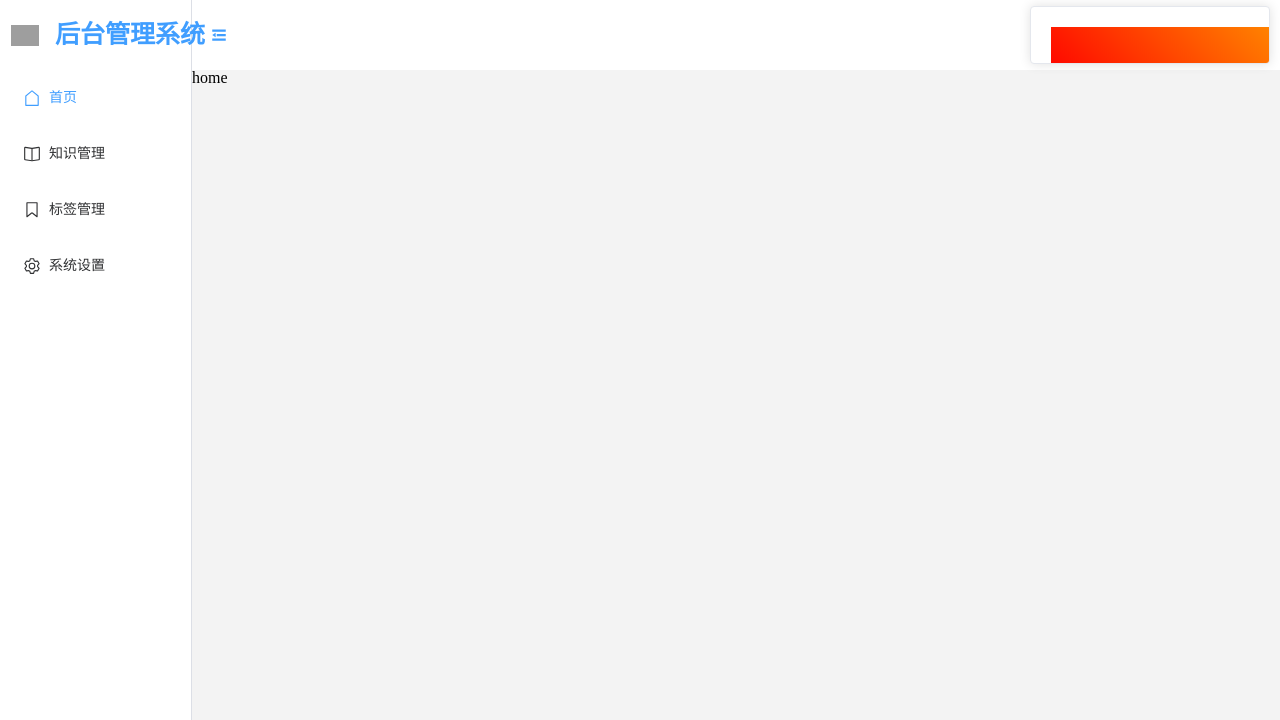
Repository: serrrN/admin
Page: /
These files come from the project's save history. The page is drawn as it stood at one moment and after the next save; the edit follows.
The browser window is 1280 px wide. The pictures show the whole page.
Pictures or frames that could not be fetched are drawn as grey boxes. The project was rebuilt for these pictures with package versions that can differ from the ones it lists, and the page was loaded fresh each time. Also part of the build but not shown: vite.config.ts, src/styles/index.scss.

Above is the page before, as saved 2024-06-05 16:16:51.

### src/main.ts
import { createApp } from 'vue'
import App from './App.vue'
import ElementPlus from 'element-plus'
import zhCn from 'element-plus/es/locale/lang/zh-cn'
import * as ElementPlusIconsVue from '@element-plus/icons-vue'
import router from './router'
import 'reset-css'
import './styles/index.scss'
import pinia from '@/store/index'
const app = createApp(App)
for (const [key, component] of Object.entries(ElementPlusIconsVue)) {
  app.component(key, component)
}
app.use(pinia)
app.use(ElementPlus, { locale: zhCn })
app.use(router)
app.mount('#app')

### src/App.vue
<script setup lang="ts"></script>

<template>
  <router-view></router-view>
</template>

<style>
* {
  box-sizing: border-box;
}
#app,
html,
body {
  width: 100%;
  height: 100%;
}
</style>

### src/router/index.ts
import { createRouter, createWebHistory } from 'vue-router'
import routes from './routes'
const router = createRouter({
  history: createWebHistory(),
  routes,
})
export default router

### src/router/routes.ts
const routes = [
  {
    path: '/',
    name: 'home',
    redirect: '/home',
    component: () => import('@/layout/index.vue'),
    children: [
      {
        path: '/home',
        component: () => import('@/views/home/index.vue'),
      },
      {
        path: '/knowledgeManage',
        component: () => import('@/views/knowledgeManage/index.vue'),
      },
      {
        path: '/tagManage',
        component: () => import('@/views/tagManage/index.vue'),
      },
      {
        path: "/systemSetting",
        component:()=>import("@/views/systemSetting/index.vue")
      }
    ],
  },
]

export default routes

### src/styles/variable.scss
//主题色
$theme-color:rgb(64, 158, 255);

// 布局容器左边宽度
$layout-container-left-max-width:15%;

// 布局容器左边塌陷后宽度
$layout-container-left-min-width:3.79%;

// 布局容器头部高度
$layout-container-header-height:70px;

### src/layout/index.vue
<template>
  <div class="layout-container">
    <div :class="systemStore.isCollapse?'left left-collapse':'left'" >
      <Menu />
    </div>
    <div :class="systemStore.isCollapse?'right right-collapse':'right'">
      <div class="header"><Header /></div>
      <div class="main"><Main/></div>
    </div>
  </div>
</template>

<script lang="ts" setup>
import Menu from './menu/index.vue'
import Header from './header/index.vue'
import Main from './main/index.vue'

import {useSystemStore} from "@/store/modules/system"
const systemStore = useSystemStore()
</script>

<style scoped lang="scss">
.layout-container {
  width: 100%;
  height: 100%;
  display: flex;
  background-color: #f3f3f3;
  .left {
    height: 100%;
    width: $layout-container-left-max-width;
    transition: all linear 0.5s;
  }
  .left-collapse{
    width:$layout-container-left-min-width;
  }
  .right {
    width: calc(100% - $layout-container-left-max-width);
    transition: all linear 0.5s;
    .header {
      width: 100%;
      height: $layout-container-header-height;
      display: flex;
      justify-content:flex-end;
      background-color: white;
    }
    .main {
      height: calc(100% - $layout-container-header-height);
      width: calc(100%);
    }
  }
  .right-collapse{
    width:calc(100% - $layout-container-left-min-width);
  }

}
</style>

### src/views/home/index.vue
<template>
home
</template>
<script setup lang="ts">

</script>
<style lang="scss" scoped>

</style>

### src/layout/menu/index.vue
<template>
  <el-menu
    default-active="home"
    :class="systemStore.isCollapse?'el-menu-vertical-collapse':'el-menu-vertical'"
    :collapse="systemStore.isCollapse"
    :router="true"
    collapse-transition
    @open="handleOpen"
    @close="handleClose"
  >
    <div class="header">
      <div class="manage-msg" v-show="!systemStore.isCollapse">
        <div class="logo-wrapped">
          <img src="/vite.svg" class="logo" alt="Vite logo" />
        </div>
        <div class="name">后台管理系统</div>
      </div>
      <div class="fold-icon-wrapped" @click="handleCollapse">
        <el-icon size="18" color="rgb(64, 158, 255)">
          <component :is="systemStore.isCollapse?'Expand':'Fold'"></component>
        </el-icon>
      </div>
    </div>

    <el-menu-item index="home">
      <el-icon><House /></el-icon>
      <template #title>首页</template>
    </el-menu-item>
    <el-menu-item index="knowledgeManage">
      <el-icon><reading /></el-icon>
      <template #title>知识管理</template>
    </el-menu-item>
    <el-menu-item index="tagManage">
      <el-icon><CollectionTag /></el-icon>
      <template #title>标签管理</template>
    </el-menu-item>
    <el-menu-item index="systemSetting">
      <el-icon><setting /></el-icon>
      <template #title>系统设置</template>
    </el-menu-item>
  </el-menu>
</template>

<script lang="ts" setup>
import {useSystemStore} from "@/store/modules/system"
const systemStore = useSystemStore()

const handleOpen = (key: string, keyPath: string[]) => {
  console.log(key, keyPath)
}
const handleClose = (key: string, keyPath: string[]) => {
  console.log(key, keyPath)
}
const handleCollapse = () => {
  systemStore.isCollapse = !systemStore.isCollapse

}
</script>

<style lang="scss" scoped>
.el-menu {
  height: 100%;
  // 管理系统菜单头部(展示名字和logo)
  .header {
    display: flex;
    height: 70px;
    line-height: 70px;
    justify-content: space-between;
    transition: all 1s;
    //管理系统信息
    .manage-msg {
      display: flex;
      // logo容器
      .logo-wrapped {
        line-height: 50px;
        height: 100%;
        display: flex;
        align-items: center;
        justify-content: center;
        width: 50px;
        .logo {
          width: 28px;
        }
      }
      // 管理系统名称
      .name {
        text-align: center;
        font-size: 25px;
        width: 160px;
        color: $theme-color;
        font-weight: 600;
      }
    }

    // 折叠图标容器
    .fold-icon-wrapped {
      width: 100%;
      display: flex;
      align-items: center;
      justify-content: center;
    }
  }

  //菜单名称
  .el-menu-item span {
    color: rgb(48, 49, 51);
    font-weight: 400;
    font-size: 17px;
    line-height: 56px;
    font-family: 'Helvetica Neue', Helvetica, 'PingFang SC', 'Hiragino';
  }
}
// 菜单不处于塌陷状态
.el-menu-vertical:not(.el-menu--collapse) {
  width: 100%;
  min-height: 100%;
  min-width: 20%;
}


</style>

### src/layout/header/index.vue
<template>
  <Menu/>
</template>
<script setup lang="ts">
// import Tabs from './tabs/index.vue'
import Menu from './menu/index.vue'
</script>
<style lang="scss" scoped></style>

### src/layout/main/index.vue
<template>
  <router-view></router-view>
</template>
<script setup lang="ts"></script>
<style lang="scss" scoped></style>

### src/store/modules/system.ts
import { defineStore } from 'pinia'
import { ref } from 'vue'
export const useSystemStore = defineStore('system', () => {
  const isCollapse = ref(false)

  return { isCollapse }
})

### src/layout/header/menu/index.vue
<template>
  <div class="header-menu">
    <el-card style="width: 240px">hover</el-card>
  </div>
</template>
<script setup lang="ts"></script>
<style lang="scss" scoped>
.header-menu {
  display: flex;
  justify-content: center;
  align-items: center;
  margin-right: 10px;
  cursor: pointer;
  .el-card{
    position: relative;
    ::before{
      content: "";
      background: linear-gradient(45deg, red, orange, yellow, green, blue, indigo, violet, red);
      width: 1001%;
      height: 100%;
      display: block;
      position: absolute;
    }
  }
}
</style>

Loaded but not shown: index.html (common file); src/store/index.ts (common file)

After the next save:
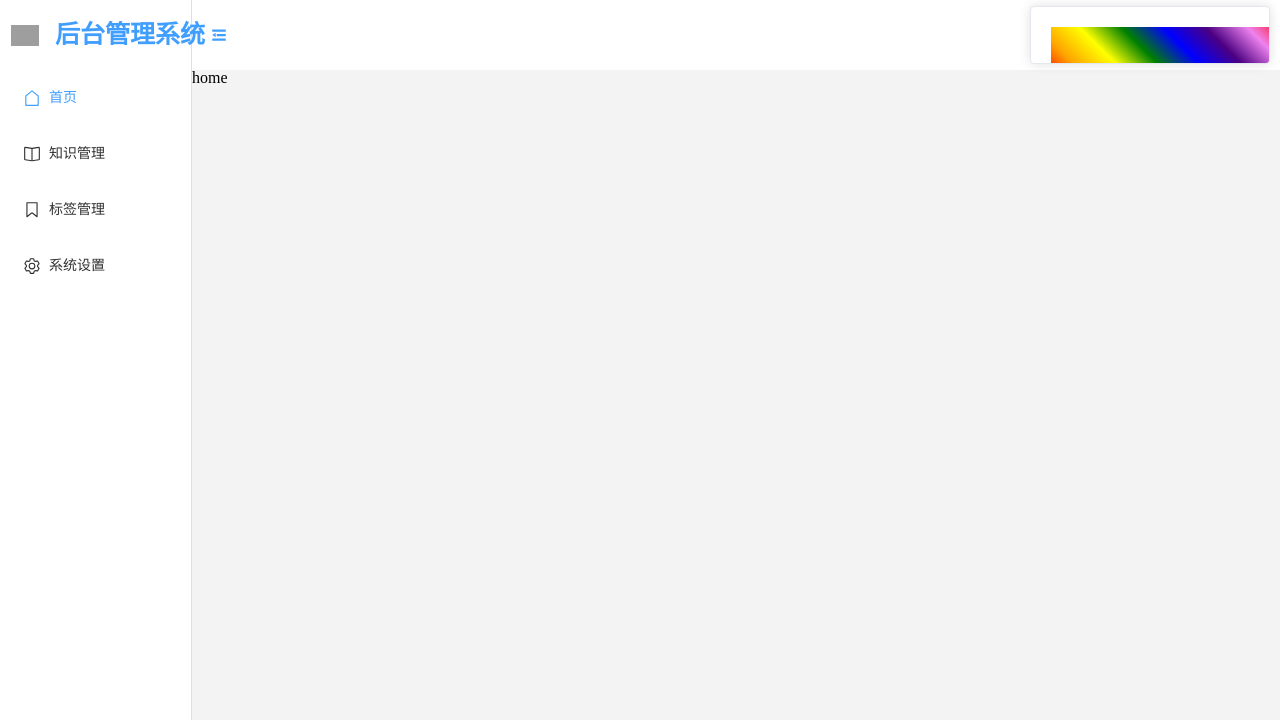
Saved 19 s later.
--- a/src/layout/header/menu/index.vue
+++ b/src/layout/header/menu/index.vue
@@ -16,7 +16,7 @@
     ::before{
       content: "";
       background: linear-gradient(45deg, red, orange, yellow, green, blue, indigo, violet, red);
-      width: 1001%;
+      width: 100%;
       height: 100%;
       display: block;
       position: absolute;
